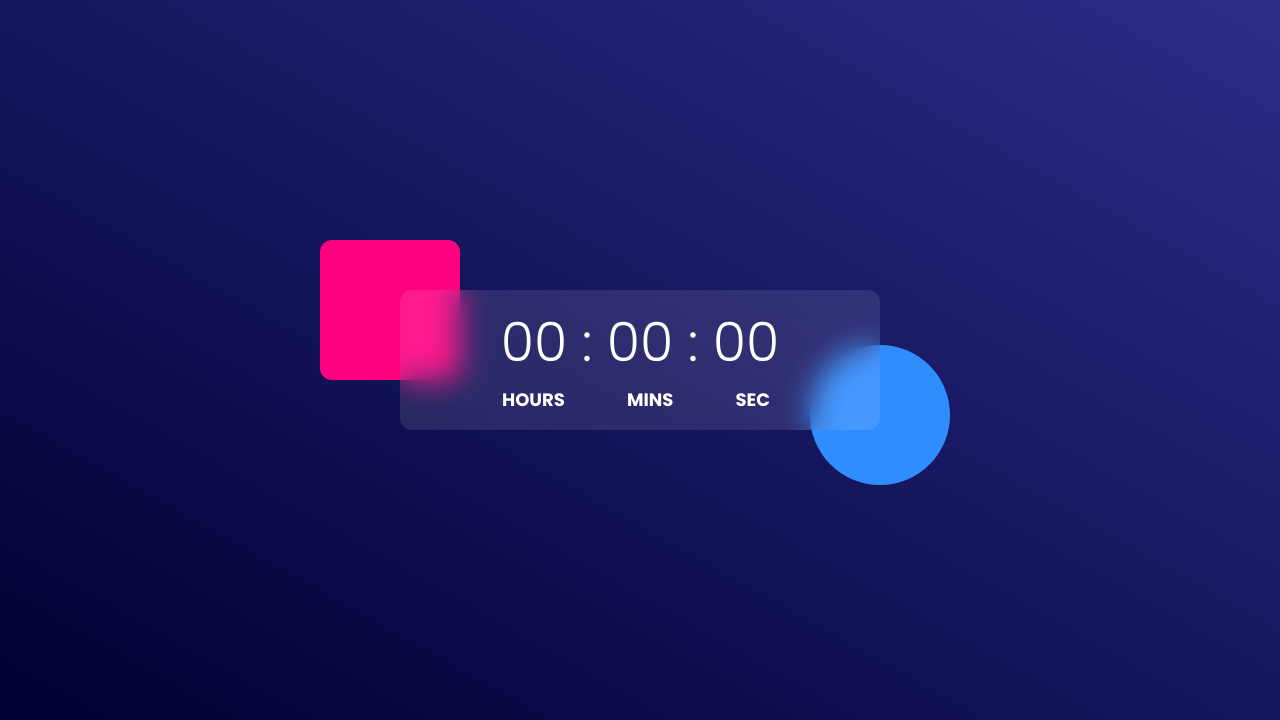
Repository: Ankitkr2021/Digital_Clock
Page: index.html
The author's editor kept a copy of each file at every save. The page is drawn from the files as they stood at one save, then again after the next save.
The browser window is 1280 px wide. The pictures show the whole page.

Above is the page before, as saved 2025-10-26 03:52:01.

After the next save:
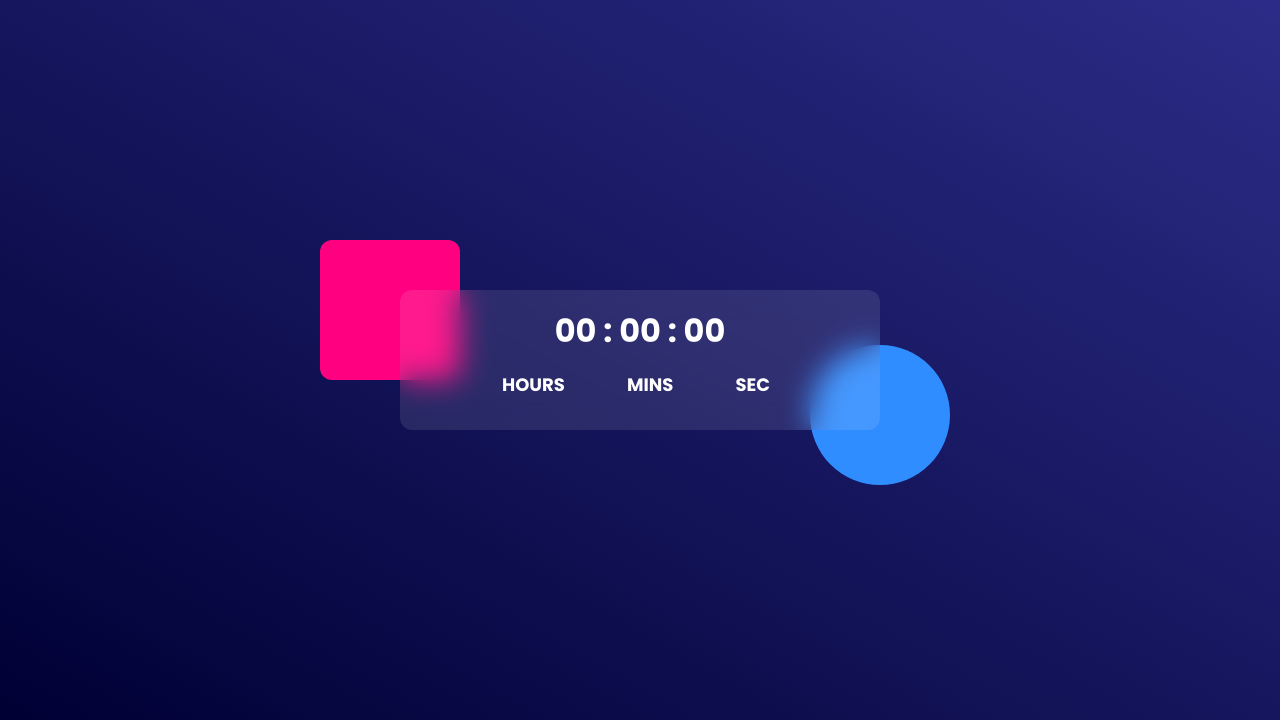
Saved 18 s later.
--- a/style.css
+++ b/style.css
@@ -58,7 +58,7 @@
     margin-top: 10px;
 }
 
-h1{
+span{
     display: flex;
     align-items: center;
     font-size: 54px;

After the save that followed:
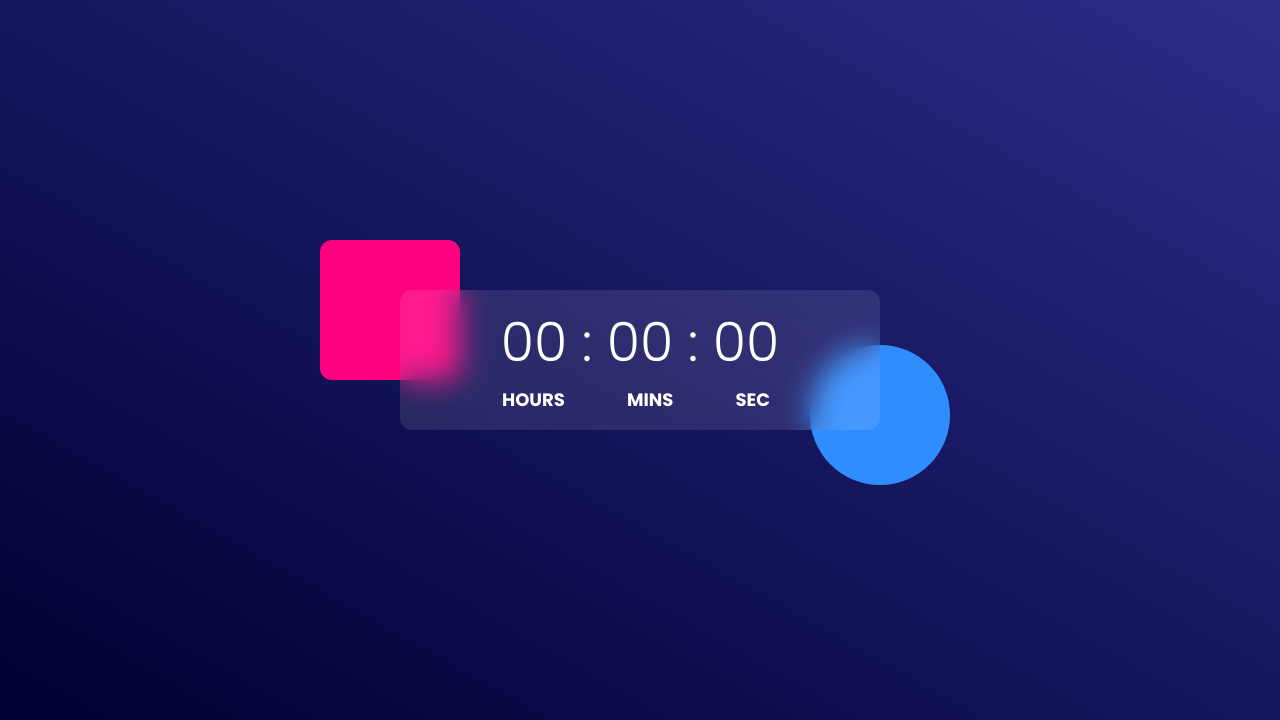
Saved 5 s later.
--- a/index.html
+++ b/index.html
@@ -9,7 +9,7 @@
 <body>
     <div class="pink"></div>
     <div class="clock">
-        <h1>00 : 00 : 00</h1>
+        <span>00 : 00 : 00</span>
         <div class="bottom">
             <h4>HOURS</h4>
             <h4>MINS</h4>
